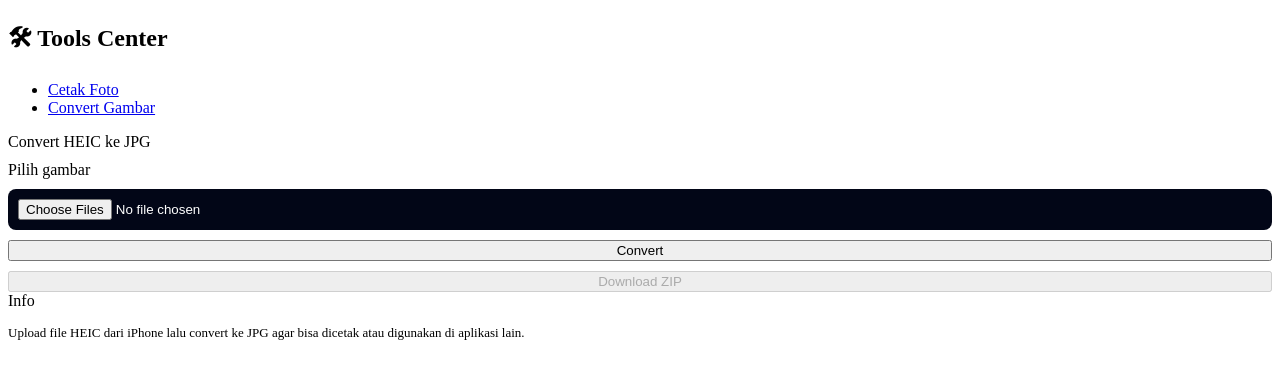
Repository: procinema22/hiisedulurfc
Page: hesedulur-main/convert-image.html
These files come from the project's save history. The page is drawn as it stood at one moment and after the next save; the edit follows.
The browser window is 1280 px wide. The pictures show the whole page.

Above is the page before, as saved 2026-04-23 23:11:26.
Not found: hesedulur-main/convert.js

### hesedulur-main/convert-image.html
<!DOCTYPE html>
<html lang="id">

<head>
<meta charset="UTF-8">
<title>Convert HEIC ke JPG</title>
<link rel="stylesheet" href="convert.css">
</head>

<body>

<header>

  <div class="logo">
    <h2>🛠 Tools Center</h2>
  </div>

  <nav>
    <ul>
      <li><a href="index.html">Cetak Foto</a></li>
      <li><a href="convert-image.html">Convert Gambar</a></li>
    </ul>
  </nav>

</header>


<div class="layout">

  <!-- LEFT PANEL -->
  <aside class="left-panel convert-box">

      <div class="section-title">Convert HEIC ke JPG</div>

      <label>Pilih gambar</label>
      <input type="file" id="imgInput" multiple accept=".heic,.heif,image/*">

      <button id="convertImg" class="btn green">Convert</button>
      <button id="zipImg" class="btn purple" disabled>Download ZIP</button>

      <p id="loadingImg">⏳ Sedang memproses...</p>

  </aside>


  <!-- CENTER PANEL -->
  <section class="center-panel">

      <div class="preview-grid" id="resultImg"></div>

  </section>


  <!-- RIGHT PANEL (kosong supaya layout tidak rusak) -->
  <aside class="right-panel">

      <div class="section-title">Info</div>

      <p style="font-size:13px;color:var(--muted);line-height:1.6">
      Upload file HEIC dari iPhone lalu convert ke JPG agar bisa dicetak
      atau digunakan di aplikasi lain.
      </p>

  </aside>

</div>


<script src="https://cdn.jsdelivr.net/npm/heic2any/dist/heic2any.min.js"></script>
<script src="https://cdn.jsdelivr.net/npm/jszip"></script>
<script src="https://cdn.jsdelivr.net/npm/file-saver"></script>

<script src="convert.js"></script>

</body>
</html>

### hesedulur-main/convert.css
/* ============ CONVERT IMAGE TOOL ============ */

.convert-box{
    display:flex;
    flex-direction:column;
    gap:10px;
  }

  .convert-box h2{
    font-size:18px;
    margin-bottom:10px;
  }

  #imgInput{
    padding:10px;
    border-radius:8px;
    border:1px solid var(--border);
    background:#020617;
    color:white;
  }

  /* preview hasil convert */
  .preview-grid{
    display:grid;
    grid-template-columns:repeat(auto-fill,minmax(140px,1fr));
    gap:14px;
    width:100%;
  }

  .card{
    background:var(--card);
    border:1px solid var(--border);
    padding:10px;
    border-radius:10px;
    box-shadow:0 4px 12px var(--shadow);
    text-align:center;
    transition:.2s;
  }

  .card:hover{
    transform:translateY(-3px);
    border-color:var(--blue);
  }

  .card img{
    width:100%;
    border-radius:6px;
    margin-bottom:6px;
  }

  /* loading text */
  #loadingImg{
    display:none;
    font-size:13px;
    color:var(--muted);
  }

  /* responsive */
  @media(max-width:900px){

    .layout{
      grid-template-columns:1fr;
    }

    .left-panel{
      border-right:none;
      border-bottom:1px solid var(--border);
    }

  }

### hesedulur-main/css/style.css
/* ===============================
   RESET & GLOBAL
================================ */
* {
  margin: 0;
  padding: 0;
  box-sizing: border-box;
  font-family: "Poppins", sans-serif;
}

body {
  background-color: #faf7f3;
  color: #333;
}

/* ===============================
   NAVBAR
================================ */
header {
  display: flex;
  align-items: center;
  justify-content: space-between;
  padding: 15px 50px;
  background-color: #fff;
  box-shadow: 0 2px 5px rgba(0,0,0,0.1);
  position: sticky;
  top: 0;
  z-index: 100;
}

.logo {
  display: flex;
  align-items: center;
  gap: 10px;
}

.logo img {
  height: 45px;
  width: auto;
}

nav ul {
  list-style: none;
  display: flex;
  gap: 25px;
}

nav a {
  text-decoration: none;
  color: #333;
  font-weight: 500;
}

nav a:hover {
  color: #b70d0d;
}

.search-box {
  display: flex;
  border: 1px solid #ddd;
  border-radius: 25px;
  overflow: hidden;
  width: 260px;
}

.search-box input {
  border: none;
  padding: 8px 15px;
  width: 100%;
  outline: none;
}

.search-box button {
  background: #b70d0d;
  color: white;
  border: none;
  padding: 8px 15px;
  cursor: pointer;
}

/* ===============================
   HERO
================================ */
.hero {
  width: 100%;
  display: flex;
  justify-content: center;
}

.hero-banner {
  width: 100%;
  height: auto;
  object-fit: cover;
}

/* ===============================
   SECTION TITLE
================================ */
.section-title {
  text-align: center;
  margin: 40px 0 20px;
  font-size: 1.5em;
  font-weight: 600;
}

/* ===============================
   PRODUCT GRID
================================ */
.products {
  display: grid;
  grid-template-columns: repeat(auto-fit, minmax(200px, 1fr));
  gap: 25px;
  padding: 0 50px 60px;
}

/* CARD (UNTUK <a> & <div>) */
.product-card {
  background: white;
  border-radius: 10px;
  box-shadow: 0 2px 6px rgba(0,0,0,0.1);
  overflow: hidden;
  transition: transform 0.3s ease;
  cursor: pointer;

  /* PENTING: hilangkan style link */
  text-decoration: none;
  color: inherit;
}

.product-card:hover {
  transform: translateY(-5px);
}

.product-card img {
  width: 100%;
  height: 160px;
  object-fit: cover;
}

.product-info {
  padding: 10px 15px;
  text-align: center;
  font-weight: 500;
}

/* FORCE LINK TETAP NORMAL */
.product-card:visited,
.product-card:active,
.product-card:hover {
  color: inherit;
  text-decoration: none;
}

/* ===============================
   CHAT BUTTON
================================ */
.chat-btn {
  position: fixed;
  bottom: 25px;
  right: 25px;
  background: #b70d0d;
  color: white;
  border: none;
  border-radius: 50%;
  width: 55px;
  height: 55px;
  display: flex;
  align-items: center;
  justify-content: center;
  font-size: 26px;
  cursor: pointer;
  box-shadow: 0 4px 10px rgba(0,0,0,0.3);
}

.chat-btn:hover {
  background: #d61616;
}

/* ===============================
   RESPONSIVE
================================ */
@media (max-width: 768px) {
  header {
    flex-direction: column;
    gap: 10px;
  }

  .products {
    padding: 0 20px 40px;
  }

  .section-title {
    font-size: 1.3em;
  }
}
.product-detail{
  display:flex;
  gap:30px;
  padding:40px;
}

.product-image img{
  width:380px;
  border-radius:12px;
  box-shadow:0 8px 20px rgba(0,0,0,.15);
}

.product-info{
  max-width:600px;
}

#priceTable{
  width:100%;
  border-collapse:collapse;
  margin:15px 0;
}

#priceTable th, #priceTable td{
  border:1px solid #ddd;
  padding:8px;
  text-align:left;
}
.login-box {
  width: 320px;
  margin: 120px auto;
  padding: 25px;
  background: #fff;
  border-radius: 8px;
  box-shadow: 0 0 10px rgba(0,0,0,0.1);
}

.login-box h2 {
  text-align: center;
}

.login-box input {
  width: 100%;
  padding: 10px;
  margin: 8px 0;
}

.login-box button {
  width: 100%;
  padding: 10px;
  background: #000;
  color: #fff;
  border: none;
  cursor: pointer;
}

#error {
  color: red;
  text-align: center;
  margin-top: 8px;
}
/* ================= DARK MODE VARIABLE ================= */
:root {
  --bg: #ffffff;
  --text: #111111;
  --card: #f5f5f5;
  --header: #ffffff;
}

body.dark {
  --bg: #0f0f0f;
  --text: #f1f1f1;
  --card: #1e1e1e;
  --header: #121212;
}

/* ================= APPLY VARIABLE ================= */
body {
  background: var(--bg);
  color: var(--text);
  transition: background 0.3s, color 0.3s;
}

header {
  background: var(--header);
}

.product-card {
  background: var(--card);
}

/* ================= DARK MODE BUTTON ================= */
.dark-toggle {
  margin-left: 15px;
  background: none;
  border: none;
  font-size: 22px;
  cursor: pointer;
  color: var(--text);
}

/* HERO IMAGE TETAP TERANG */
.hero img {
  filter: brightness(0.95);
}
.btn-logout {
  background: #e53935;
  color: #fff;
  border: none;
  padding: 8px 14px;
  border-radius: 6px;
  cursor: pointer;
  font-weight: 600;
}

.btn-logout:hover {
  background: #ffffff;
}
.btn-login {
  background: #ff0000;
  color: white;
  padding: 8px 16px;
  border-radius: 6px;
  text-decoration: none;
  font-weight: 500;
}

.btn-login:hover {
  background: #e6e6e6;
}

After the next save:
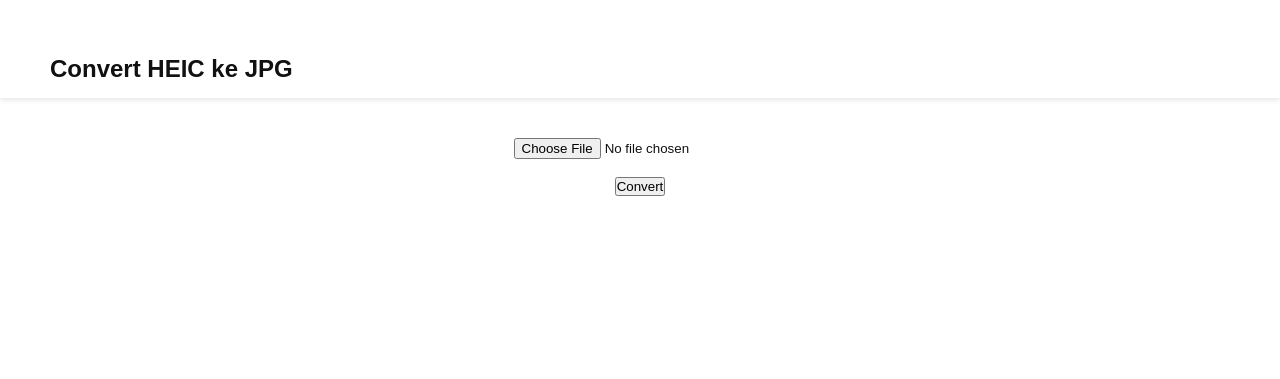
Saved 2 min 12 s later.
--- a/hesedulur-main/convert-image.html
+++ b/hesedulur-main/convert-image.html
@@ -1,76 +1,39 @@
 <!DOCTYPE html>
 <html lang="id">
-
 <head>
 <meta charset="UTF-8">
+<meta name="viewport" content="width=device-width, initial-scale=1.0">
+
 <title>Convert HEIC ke JPG</title>
-<link rel="stylesheet" href="convert.css">
+
+<link rel="stylesheet" href="css/style.css">
+
+<script src="https://cdn.jsdelivr.net/npm/heic2any/dist/heic2any.min.js"></script>
 </head>
 
 <body>
 
 <header>
-
-  <div class="logo">
-    <h2>🛠 Tools Center</h2>
-  </div>
-
-  <nav>
-    <ul>
-      <li><a href="index.html">Cetak Foto</a></li>
-      <li><a href="convert-image.html">Convert Gambar</a></li>
-    </ul>
-  </nav>
-
+  <h2 style="text-align:center;margin-top:40px;">
+    Convert HEIC ke JPG
+  </h2>
 </header>
 
+<section style="text-align:center;margin-top:40px;">
 
-<div class="layout">
+<input type="file" id="heicInput" accept=".heic,image/heic">
 
-  <!-- LEFT PANEL -->
-  <aside class="left-panel convert-box">
+<br><br>
 
-      <div class="section-title">Convert HEIC ke JPG</div>
+<button onclick="convertHEIC()">Convert</button>
 
-      <label>Pilih gambar</label>
-      <input type="file" id="imgInput" multiple accept=".heic,.heif,image/*">
+<br><br>
 
-      <button id="convertImg" class="btn green">Convert</button>
-      <button id="zipImg" class="btn purple" disabled>Download ZIP</button>
+<a id="downloadJPG" style="display:none">Download JPG</a>
 
-      <p id="loadingImg">⏳ Sedang memproses...</p>
+</section>
 
-  </aside>
-
-
-  <!-- CENTER PANEL -->
-  <section class="center-panel">
-
-      <div class="preview-grid" id="resultImg"></div>
-
-  </section>
-
-
-  <!-- RIGHT PANEL (kosong supaya layout tidak rusak) -->
-  <aside class="right-panel">
-
-      <div class="section-title">Info</div>
-
-      <p style="font-size:13px;color:var(--muted);line-height:1.6">
-      Upload file HEIC dari iPhone lalu convert ke JPG agar bisa dicetak
-      atau digunakan di aplikasi lain.
-      </p>
-
-  </aside>
-
-</div>
-
-
-<script src="https://cdn.jsdelivr.net/npm/heic2any/dist/heic2any.min.js"></script>
-<script src="https://cdn.jsdelivr.net/npm/jszip"></script>
-<script src="https://cdn.jsdelivr.net/npm/file-saver"></script>
-
-<script src="convert.js"></script>
+<script src="js/convert-heic.js"></script>
 
 </body>
 </html>
